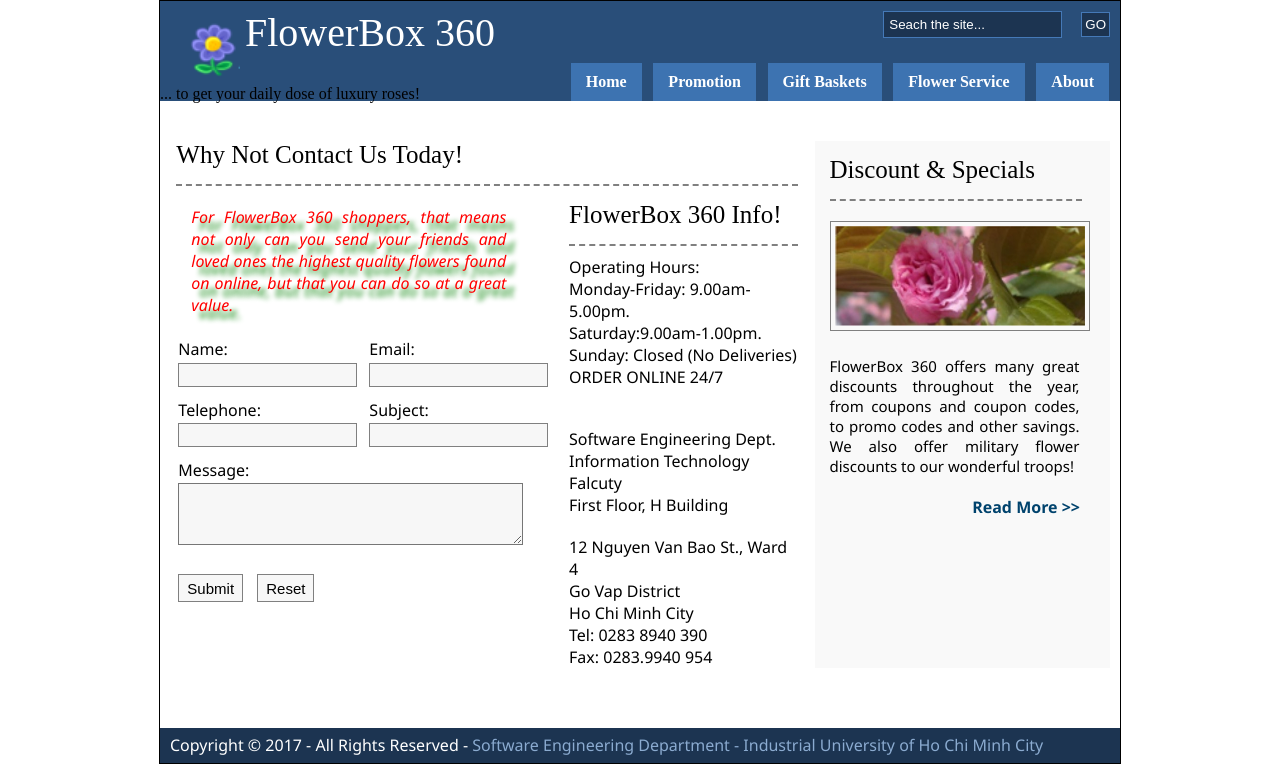
Repository: thu1365/BTKT_WEB
Page: HTML/btkt.html
An editor plug-in stored every save of this project. The page is shown before and after the next save, followed by the edit.
The browser window is 1280 px wide. The pictures show the whole page.

Above is the page before, as saved 2023-03-11 20:37:40.

### HTML/btkt.html
<!DOCTYPE html>
<html lang="en">

<head>
    <meta charset="UTF-8">
    <meta http-equiv="X-UA-Compatible" content="IE=edge">
    <meta name="viewport" content="width=device-width, initial-scale=1.0">
    <title>21025781-Lê Minh Thư</title>
    <style>
        * {
            padding: 0;
            margin: 0 auto;
        }

        .wrapper {
            width: 960px;
            background-color: #fff;
            border: 1px solid black;
        }

        header {
            position: relative;
            width: 960px;
            height: 100px;
            background-color: #294e79;
        }

        .logo {
            position: relative;
            left: 20px;
            top: 10px;
            width: 60px;
            height: 80px;
        }

        .name1 {
            font-size: 40px;
            color: #fff;
            position: absolute;
            left: 85px;
            top: 8px;
        }

        .name {
            color: #fff;
            position: absolute;
            left: 85px;
            top: 60px;
        }

        #seach_form_inp {
            background-color: #1c3451;
            border: 1px solid #4579b7;
            color: #fff;
            margin-right: 15px;
            height: 25px;
        }

        #seach_form_inp::placeholder {
            padding-left: 5px;
            color: #fff;
        }

        #seach_form_btn {
            background-color: #1c3451;
            border: 1px solid #4579b7;
            color: #fff;
            height: 25px;
            padding: 0 3px;
        }

        .seach_form {
            position: absolute;
            top: 10px;
            right: 10px;
        }

        .nav {
            display: flex;
            width: 550px;
            position: absolute;
            bottom: 0px;
            right: 5px;
        }

        .nav_item {
            position: relative;
            padding: 10px 15px;
            background-color: #3d73b1;
        }

        .nav_item:hover {
            background-color: #8babd0;
        }

        .nav_item a {
            color: white;
            font-weight: bold;
            text-decoration: none;
        }

        .nav_subnav {
            display: none;
            position: absolute;
            top: 39px;
            left: 0px;
            width: 180px;
            height: 60px;
            background-color: #8babd0;
        }

        .nav_subnav_item {
            box-sizing: border-box;
            padding-left: 15px;
            line-height: 30px;
            height: 50%;
            border: 1px solid rgb(158, 196, 240);
        }

        .nav_item:hover .nav_subnav {
            display: block;
            background-color: #9bbbe0;
        }

        .nav_subnav_item:hover {
            background-color: #edf6ff;
            cursor: pointer;
        }

        .container {
            font-family: 'Segoe UI', Tahoma, Geneva, Verdana, sans-serif;
            padding-bottom: 60px;
            width: 100%;
            display: flex;
        }

        .left_cnt {
            display: flex;
            width: 70%;
            justify-content: space-between;
            flex-wrap: wrap;
        }

        .c1 {
            width: 55%;
        }

        .c2 {
            width: 35%;
        }

        .c3 {
            background-color: #f9f9f9;
            width: 30%;
            padding-left: 15px;
            margin-top: 40px;
            margin-right: 10px;
        }

        .main_para {
            font-family: 'Times New Roman', Times, serif;
            width: 95%;
            padding: 40px 0px 15px 0px;
            font-size: 25px;
            font-weight: 400;
            border-bottom: 2px dashed gray;
        }

        .c1_para {
            padding: 20px 30px 20px 15px;
            text-align: justify;
            color: red;
            font-style: italic;
            font-family: 'Segoe UI', Tahoma, Geneva, Verdana, sans-serif;
            text-shadow: 8px 8px 5px green;
            font-weight: 450;
        }

        table input {
            height: 22px;
            margin-right: 10px;
            margin-bottom: 10px;
            background-color: #f7f7f7;
            border: 1px solid gray;
        }

        table textarea {
            background-color: #f7f7f7;
        }

        .c1_btn {
            box-sizing: border-box;
            margin-top: 20px;
            height: 28px;
            font-size: 15px;
            padding: 0 8px;
            line-height: 28px;
            border: 1px solid gray;
        }

        .c2_para {
            font-family: 'Times New Roman', Times, serif;
            padding: 15px 0px 15px;
            width: 100%;
            font-size: 25px;
            font-weight: 400;
            border-bottom: 2px dashed gray;
        }

        .c2_des1 {
            font-family: 'Segoe UI', Tahoma, Geneva, Verdana, sans-serif;
            padding: 10px 0 40px 0;
        }

        .c2_des2 {
            font-family: 'Segoe UI', Tahoma, Geneva, Verdana, sans-serif;
        }

        .c2_des3 {
            font-family: 'Segoe UI', Tahoma, Geneva, Verdana, sans-serif;
            padding-top: 20px;
        }

        .c3_para {
            font-family: 'Times New Roman', Times, serif;
            padding: 15px 0px 15px;
            width: 90%;
            margin-right: 30px;
            font-size: 25px;
            font-weight: 400;
            border-bottom: 2px dashed gray;
        }

        .c3_img {
            width: 250px;
            height: 100px;
            padding: 4px;
            margin: 20px 0;
            border: 1px solid gray;
        }

        .c3_des {
            width: 250px;
            margin-right: 30px;
            float: left;
            text-align: justify;
            font-family: 'Segoe UI', Tahoma, Geneva, Verdana, sans-serif;
            font-size: 15px;
            display: block;
        }

        .c3_link {
            color: #00436d;
            font-weight: bold;
            margin-right: 30px;
            float: right;
            padding-top: 20px;
            text-decoration: none;
        }

        footer {
            background-color: #1c3451;
            height: 35px;
        }

        #footer_line {
            font-family: 'Segoe UI', Tahoma, Geneva, Verdana, sans-serif;
            padding-left: 10px;
            color: #8babd0;
            line-height: 35px;
        }

        #footer_line .white {
            color: #fff;
        }
    </style>
</head>

<body>
    <div class="wrapper">
        <header>
            <img src="/IMAGE/AnhLogo.PNG" alt="" class="logo">
            <p class="name1">FlowerBox 360</p>
            <p class="des_web_name">... to get your daily dose of luxury roses!</p>
            <form action="" class="seach_form">
                <input type="text" name="" id="seach_form_inp" placeholder="Seach the site...">
                <input id="seach_form_btn" type="button" value="GO">
            </form>
            <div class="nav">
                <div class="nav_item"><a href="">Home</a></div>
                <div class="nav_item"><a href="">Promotion</a></div>
                <div class="nav_item"><a href="">Gift Baskets</a></div>
                <div class="nav_item"><a href="">Flower Service</a>
                    <div class="nav_subnav">
                        <div class="nav_subnav_item">Flower for Wedding</div>
                        <div class="nav_subnav_item">Flower for Conference</div>

                    </div>
                </div>
                <div class="nav_item"><a href="">About</a></div>
            </div>
        </header>
        <div class="container">
            <div class="left_cnt">
                <p class="main_para">Why Not Contact Us Today!</p>
                <div class="c1">
                    <p class="c1_para">For FlowerBox 360 shoppers, that means not only can you send your friends and loved ones the highest quality flowers found on online, but that you can do so at a great value.</p>
                    <form action="" class="c1_form">
                        <table>
                            <tr>
                                <td><label for="name_ip">Name:</label></td>
                                <td><label for="mail_ip">Email:</label></td>
                            </tr>
                            <tr>
                                <td><input type="text" name="" id="name_ip"></td>
                                <td><input type="email" name="" id="mail_ip"></td>
                            </tr>
                            <tr>
                                <td><label for="tel_ip">Telephone:</label></td>
                                <td><label for="sub_ip">Subject:</label></td>
                            </tr>
                            <tr>
                                <td><input type="tel" name="" id="tel_ip"></td>
                                <td><input type="text" name="" id="sub_ip"></td>
                            </tr>
                            <tr>
                                <td colspan="2"><label for="mess_ip">Message:</label></td>
                            </tr>
                            <tr>
                                <td colspan="2"> <textarea name="" id="mess_ip" cols="41" rows="4"></textarea></td>
                            </tr>
                            <tr>
                                <tr>
                                    <td><input class="c1_btn" type="button" value="Submit"> <input class="c1_btn" type="button" value="Reset"></td>
                                </tr>
                            </tr>
                        </table>

                    </form>
                </div>
                <div class="c2">
                    <p class="c2_para">FlowerBox 360 Info!</p>
                    <p class="c2_des1">Operating Hours: <br> Monday-Friday: 9.00am-5.00pm.<br> Saturday:9.00am-1.00pm.
                        <br> Sunday: Closed (No Deliveries)<br> ORDER ONLINE 24/7
                    </p>
                    <p class="c2_des2">
                        Software Engineering Dept. <br> Information Technology Falcuty<br> First Floor, H Building
                    </p>
                    <p class="c2_des3">
                        12 Nguyen Van Bao St., Ward 4<br> Go Vap District<br> Ho Chi Minh City<br> Tel: 0283 8940 390<br> Fax: 0283.9940 954
                    </p>


                </div>
            </div>
            <div class="c3">
                <p class="c3_para">Discount & Specials</p>
                <img src="/IMAGE/Hoa.jpg" alt="" class="c3_img">
                <p class="c3_des">FlowerBox 360 offers many great discounts throughout the year, from coupons and coupon codes, to promo codes and other savings. We also offer military flower discounts to our wonderful troops!</p>
                <a class="c3_link" href="">Read More >></a>
            </div>
        </div>
        <footer>
            <p id="footer_line"><span class="white">Copyright © 2017 - All Rights Reserved -</span> Software Engineering Department - Industrial University of Ho Chi Minh City</p>
        </footer>
    </div>
</body>

</html>

After the next save:
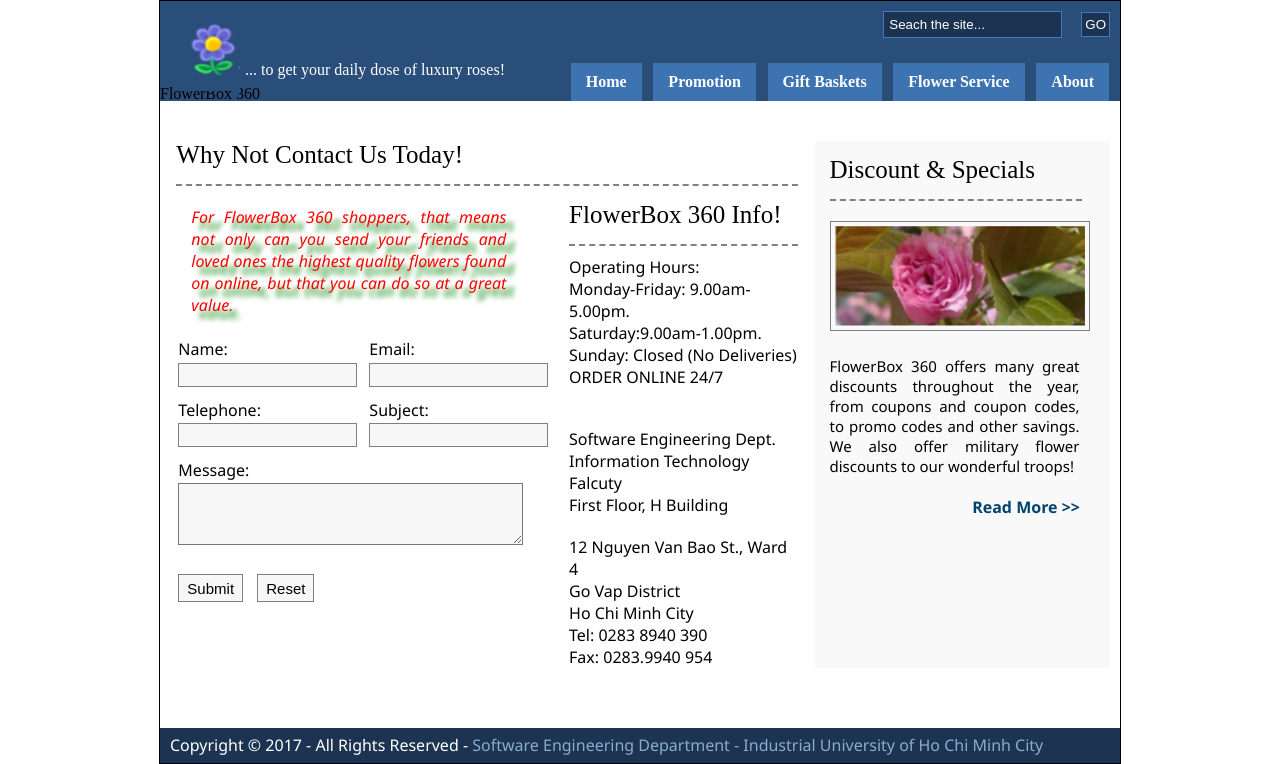
Saved 6 s later.
--- a/HTML/btkt.html
+++ b/HTML/btkt.html
@@ -33,7 +33,7 @@
             height: 80px;
         }
 
-        .name1 {
+        .web_name {
             font-size: 40px;
             color: #fff;
             position: absolute;
@@ -41,7 +41,7 @@
             top: 8px;
         }
 
-        .name {
+        .des_web_name {
             color: #fff;
             position: absolute;
             left: 85px;
@@ -280,7 +280,7 @@
     <div class="wrapper">
         <header>
             <img src="/IMAGE/AnhLogo.PNG" alt="" class="logo">
-            <p class="name1">FlowerBox 360</p>
+            <p class="web_name1">FlowerBox 360</p>
             <p class="des_web_name">... to get your daily dose of luxury roses!</p>
             <form action="" class="seach_form">
                 <input type="text" name="" id="seach_form_inp" placeholder="Seach the site...">
